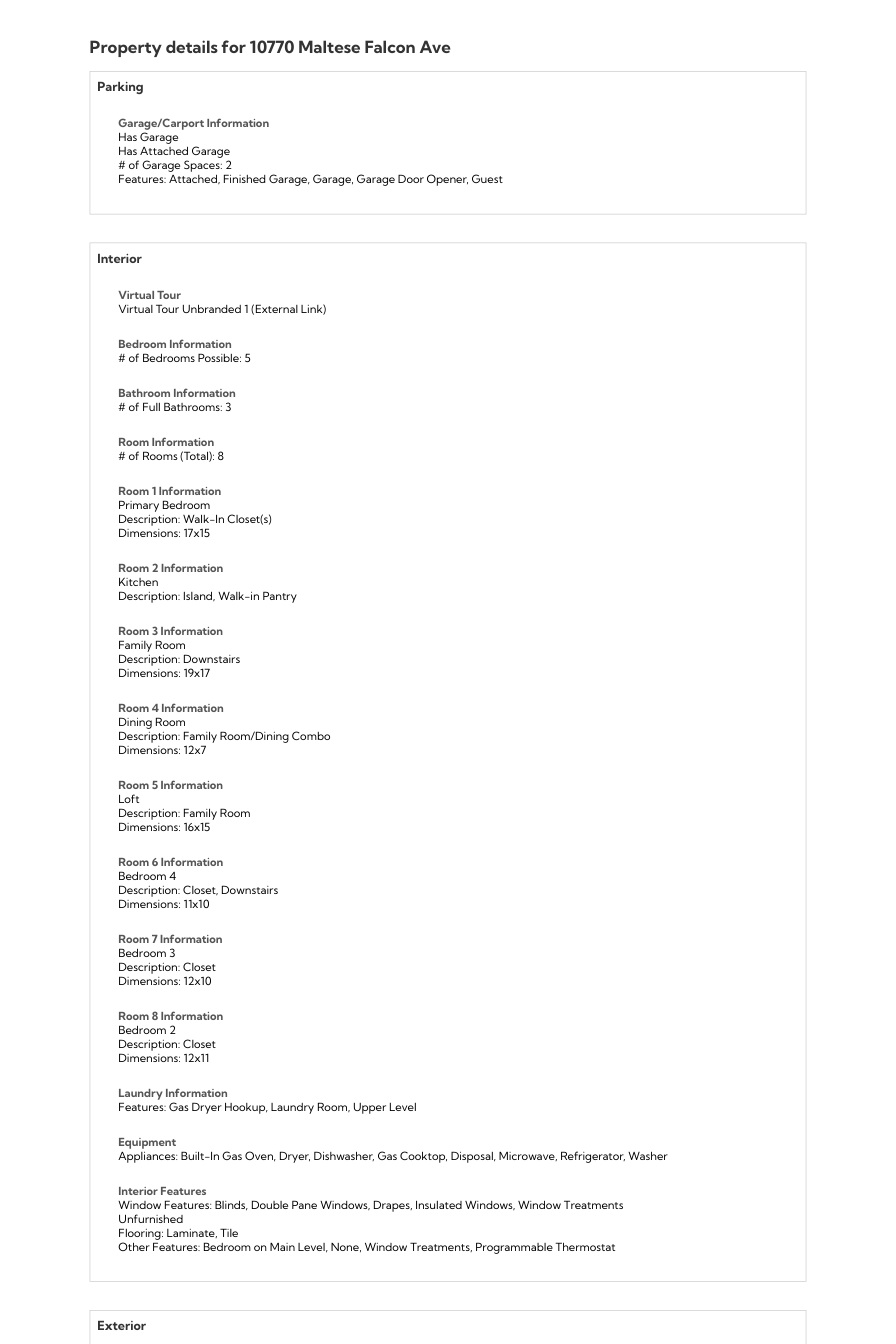
Repository: MrAllin1/ProgWWW_23_Gr1
Page: pages/House4.html
An editor plug-in stored every save of this project. The page is shown before and after the next save, followed by the edit.
The browser window is 1280 px wide. The pictures show the part of the page from y = 1328 to 3248 px (the page is 6310 px tall before and 6340 px after), at 70% of full size.
Some web libraries are served in a nearby version.

Above is the page before, as saved 2024-01-11 12:17:27.

After the next save:
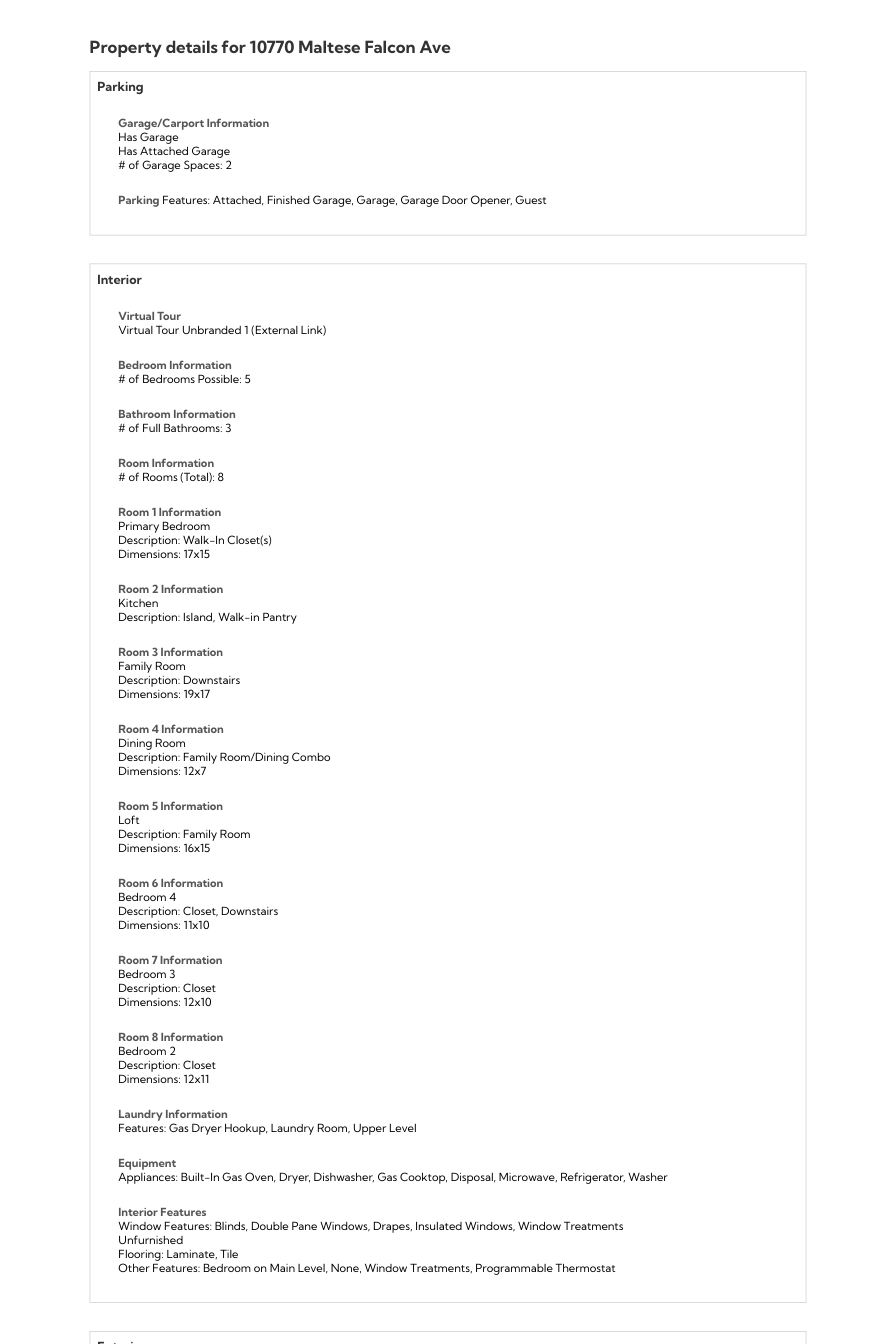
Saved 5 min 9 s later.
--- a/pages/House4.html
+++ b/pages/House4.html
@@ -145,9 +145,8 @@
                     <li><strong>Garage/Carport Information</strong><br>
                         Has Garage<br>
                         Has Attached Garage<br>
-                        # of Garage Spaces: 2<br>
-                        Features: Attached, Finished Garage, Garage, Garage Door Opener, Guest
-                    </li>
+                        # of Garage Spaces: 2</li>
+                    <li><strong>Parking</strong> Features: Attached, Finished Garage, Garage, Garage Door Opener, Guest </li>
                 </ul>
             </div>
         </div>
@@ -343,8 +342,7 @@
             <div class="section">
                 <h2>Location Information</h2>
                 <ul>
-                    <li><strong>Distance To Sewer Comments:</strong> Public<br>
-                        <strong>Distance To Water Comments:</strong> Public
+                    <li>Distance To Sewer Comments: Public<br>Distance To Water Comments:</strong> Public
                     </li>
                 </ul>
             </div>
